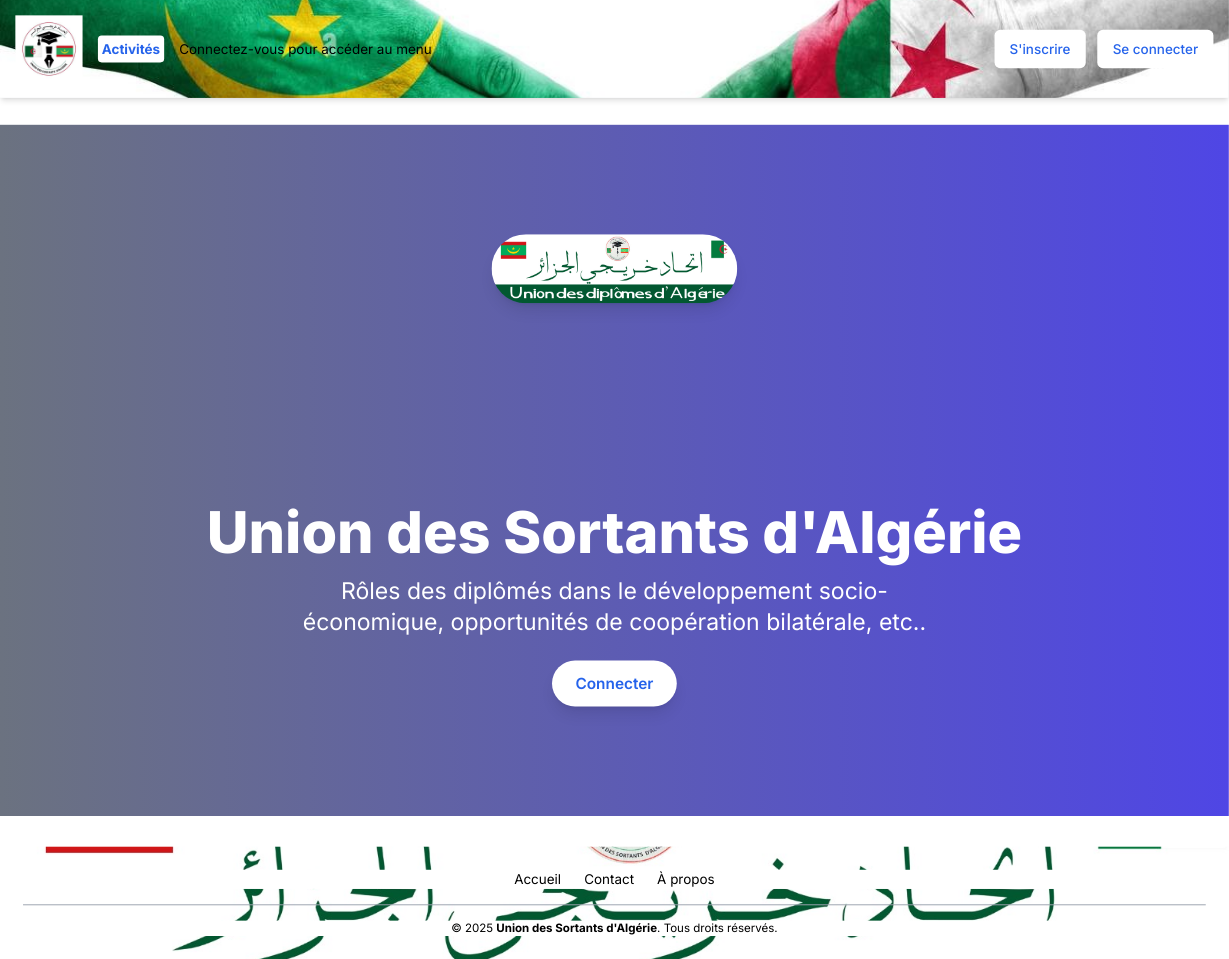
Repository: lamatmed/usa
Page: /
These files come from the project's save history. The page is drawn as it stood at one moment and after the next save; the edit follows.
The browser window is 1280 px wide. The pictures show the whole page, at 96% of full size.
The project was rebuilt for these pictures with package versions that can differ from the ones it lists, and the page was loaded fresh each time. The framework's server and built-in components were replaced by stand-ins that run in the browser. Also part of the build but not shown: next.config.js, components/ui/dropdown-menu.tsx.

Above is the page before, as saved 2025-04-10 16:54:36.

### app/layout.tsx
import "./globals.css";
import type { Metadata } from "next";
import { Inter } from "next/font/google";
import { AuthProvider } from "@/components/AuthContext";
import NavBar from "@/components/NavBar";
import { Toaster } from "@/components/ui/toaster";
import Footer from "@/components/Footer";

const inter = Inter({ subsets: ["latin"] });

export const metadata: Metadata = {
  title: "Union des Sortants  d'Algérie",
  description: "Application",
  icons: "/R.png",
};

export default function RootLayout({
  children,
}: {
  children: React.ReactNode;
}) {
  return (
    <html lang="fr" className={inter.className} suppressHydrationWarning>
      <body className="flex flex-col min-h-screen">
        <AuthProvider>
          <NavBar />
          <main className="flex-grow mt-7">{children}</main>
          <Footer />
        </AuthProvider>
        <Toaster /> {/* Placer Toaster en dehors d'AuthProvider pour éviter sa réinitialisation */}
      </body>
    </html>
  );
}

### app/page.tsx
'use client';

import { motion } from "framer-motion";
import Image from "next/image";

export default function Hero() {
  return (
    <section className="w-full min-h-screen flex flex-col justify-center items-center text-center bg-gradient-to-r from-gray-500 to-indigo-600 text-white px-8 md:px-10">
      <motion.div
        className="relative w-32 h-32 md:w-48 md:h-48 lg:w-64 lg:h-64 mb-6"
        initial={{ opacity: 0, scale: 0.8 }}
        animate={{ opacity: 1, scale: 1 }}
        transition={{ duration: 0.8 }}
      >
        <Image
          src="/uda.jpg" // Remplace avec l'URL de ton image
          alt="Uda"
          width={256}  // Provide width for optimization
          height={256} // Provide height for optimization
         // Use intrinsic layout for responsive image
          className="rounded-full shadow-lg"

        />
      </motion.div>

      <motion.h1
        className="text-3xl md:text-5xl lg:text-6xl font-extrabold"
        initial={{ opacity: 0, y: -50 }}
        animate={{ opacity: 1, y: 0 }}
        transition={{ duration: 0.8 }}
      >
        Union des Sortants d&apos;Algérie
      </motion.h1>

      <motion.p
        className="mt-4 text-lg md:text-xl lg:text-2xl max-w-2xl"
        initial={{ opacity: 0, y: 20 }}
        animate={{ opacity: 1, y: 0 }}
        transition={{ delay: 0.3, duration: 0.8 }}
      >
        Rôles des diplômés dans le développement socio-économique, opportunités de coopération bilatérale, etc..
      </motion.p>

      <motion.a
        href="/login"
        className="mt-6 px-6 py-3 bg-white text-blue-600 font-semibold rounded-full shadow-lg hover:bg-gray-200 transition transform hover:scale-105"
        initial={{ opacity: 0, scale: 0.8 }}
        animate={{ opacity: 1, scale: 1 }}
        transition={{ delay: 0.5, duration: 0.5 }}
        aria-label="Se connecter pour accéder à l'espace personnel"  // Added an aria-label for accessibility
      >
        Connecter
      </motion.a>
    </section>
  );
}

### components/AuthContext.tsx
"use client";

import { createContext, useState, useEffect, useCallback } from "react";

interface User {
  nni: string;
  id: string;
  name: string;
  role: string;
  photo: string| undefined;
  address: string| undefined;
  job:  string| undefined;
  domain : string| undefined;
  cv: string| undefined
}

interface AuthContextType {
  user: User | null;
  isAuthenticated: boolean;
  login: (token: string) => void;
  logout: () => void;
}

export const AuthContext = createContext<AuthContextType | null>(null);

export function AuthProvider({ children }: { children: React.ReactNode }) {
  const [user, setUser] = useState<User | null>(null);
  const [isAuthenticated, setIsAuthenticated] = useState(false);

  // ✅ `fetchUser` est maintenant stable grâce à `useCallback`
  const fetchUser = useCallback((token: string) => {
    console.log("🔍 Envoi du token pour récupération de l'utilisateur...");

    fetch("/api/me", {
      headers: { Authorization: `Bearer ${token}` },
    })
      .then((res) => res.json())
      .then((data) => {
        console.log("🔍 Réponse API:", data);
        if (data.user) {
          setUser(data.user);
          setIsAuthenticated(true);
        } else {
          throw new Error("Utilisateur non trouvé");
        }
      })
      .catch((error) => {
        console.log("❌ Erreur lors de la récupération de l'utilisateur:", error);
        logout(); // Un seul appel ici
      });
  }, []);


  useEffect(() => {
    const token = localStorage.getItem("token");
    if (token) {
      fetchUser(token); // ✅ Plus de warning
    }
  }, [fetchUser]); // ✅ fetchUser est maintenant stable

  function login(token: string) {
    console.log("✅ Connexion réussie, stockage du token...");
    localStorage.setItem("token", token);
    fetchUser(token);
  }

  function logout() {
    console.log("🚪 Déconnexion, suppression du token...");
    localStorage.removeItem("token");
    setUser(null);
    setIsAuthenticated(false);
  }

  return (
    <AuthContext.Provider value={{ user, isAuthenticated, login, logout }}>
      {children}
    </AuthContext.Provider>
  );
}

### components/NavBar.tsx
"use client";

import { useContext, useState } from "react";
import { AuthContext } from "@/components/AuthContext";
import { useRouter } from "next/navigation";
import { Button } from "@/components/ui/button";
import {
  DropdownMenu,
  DropdownMenuContent,
  DropdownMenuItem,
  DropdownMenuLabel,
  DropdownMenuSeparator,
  DropdownMenuTrigger,
  DropdownMenuPortal,
} from "@/components/ui/dropdown-menu";
import { MainNav } from "./main-nav";
import { Menu, X } from "lucide-react"; // Icônes menu
import Image from "next/image";
import Link from "next/link";

export default function NavBar() {
  const { user, isAuthenticated, logout } = useContext(AuthContext)!;
  const router = useRouter();
  const [menuOpen, setMenuOpen] = useState(false);

  function handleLogout() {
    logout();
    router.push("/login");
  }

  return (
    <nav
    className="p-4 bg-gray-300 shadow-md flex items-center justify-between"
    style={{
      backgroundImage: "url('/rimalge.jpg')",
      backgroundRepeat: "no-repeat",
      backgroundPosition: "center",
      backgroundSize: "cover", // ✅ Remplit tout l'espace dispo
    }}
  >
      {/* Logo + Menu mobile */}
      <div className="flex items-center space-x-4">
        <Link href="/">
          <Image src={"/union.jpg"} alt="logo" width={70} height={70} />
        </Link>
        <a
          href="/activites"
          className="text-sm font-bold text-blue-600 hover:text-blue-900 bg-white p-1 rounded"
        >
          Activités
        </a>

        {/* Bouton Menu Mobile */}
        <button
          className="md:hidden p-2 rounded-md text-black hover:bg-gray-200 transition bg-white"
          onClick={() => setMenuOpen(!menuOpen)}
        >
          {menuOpen ? <X className="w-6 h-6" /> : <Menu className="w-6 h-6" />}
        </button>

        {/* Navigation Desktop */}
        <div className="hidden md:block">
          <MainNav />
        </div>
      </div>

      {/* Menu Mobile */}
      {menuOpen && (
        <div className="absolute top-16 left-0 w-full bg-gray-300 shadow-lg flex flex-col p-4 space-y-3 md:hidden">
          <MainNav />
          {!isAuthenticated && (
            <>
              <Button
                onClick={() => {
                  router.push("/register");
                  setMenuOpen(false);
                }}
                className="bg-white text-blue-600 w-full"
              >
                S&apos;inscrire
              </Button>
              <Button
                onClick={() => {
                  router.push("/login");
                  setMenuOpen(false);
                }}
                className="bg-white text-blue-600 w-full"
              >
                Se connecter
              </Button>
            </>
          )}
        </div>
      )}

      {/* Menu déroulant utilisateur */}
      {isAuthenticated && user ? (
        <DropdownMenu>
          <DropdownMenuTrigger asChild>
            <Button
              variant="outline"
              className="bg-white text-blue-600 flex items-center space-x-2"
            >
              <Image
                src={user.photo && user.photo !== "" ? user.photo : "/R.png"}
                alt={`Photo de ${user.name}`}
                width={32}
                height={32}
                className="w-8 h-8 rounded-full object-cover"
              />
              <span>{user.name}</span>
            </Button>
          </DropdownMenuTrigger>
          <DropdownMenuPortal>
            <DropdownMenuContent>
              <DropdownMenuLabel>
                <div className="flex items-center space-x-2">
                  <Image
                    src={user.photo && user.photo !== "" ? user.photo : "/R.png"}
                    alt={`Photo de ${user.name}`}
                    width={32}
                    height={32}
                    className="w-8 h-8 rounded-full object-cover"
                  />
                  <div>
                    <p className="font-semibold">{user.name}</p>
                    <p className="text-sm text-gray-500">
                      Connecté en tant que {user.role}
                    </p>
                  </div>
                </div>
              </DropdownMenuLabel>
              <DropdownMenuSeparator />
              <DropdownMenuItem
                onClick={() => {
                  handleLogout();
                  setMenuOpen(false);
                }}
                className="cursor-pointer text-red-500"
              >
                Déconnexion
              </DropdownMenuItem>
            </DropdownMenuContent>
          </DropdownMenuPortal>
        </DropdownMenu>
      ) : (
        // Boutons "Se connecter" et "S'inscrire" uniquement si l'utilisateur n'est pas connecté
        <div className="hidden md:flex space-x-3">
          <Button
            onClick={() => router.push("/register")}
            className="bg-white text-blue-600"
          >
            S&apos;inscrire
          </Button>
          <Button
            onClick={() => router.push("/login")}
            className="bg-white text-blue-600"
          >
            Se connecter
          </Button>
        </div>
      )}
    </nav>
  );
}

### components/ui/toaster.tsx
'use client';

import { useToast } from '@/hooks/use-toast';
import {
  Toast,
  ToastClose,
  ToastDescription,
  ToastProvider,
  ToastTitle,
  ToastViewport,
} from '@/components/ui/toast';

export function Toaster() {
  const { toasts } = useToast();

  return (
    <ToastProvider>
      {toasts.map(function ({ id, title, description, action, ...props }) {
        return (
          <Toast key={id} {...props}>
            <div className="grid gap-1">
              {title && <ToastTitle>{title}</ToastTitle>}
              {description && (
                <ToastDescription>{description}</ToastDescription>
              )}
            </div>
            {action}
            <ToastClose />
          </Toast>
        );
      })}
      <ToastViewport />
    </ToastProvider>
  );
}

### components/Footer.tsx
"use client";

import Link from "next/link";
import { motion } from "framer-motion";

const Footer = () => {
  return (
    <motion.footer
      initial={{ opacity: 0, y: 20 }}
      animate={{ opacity: 1, y: 0 }}
      transition={{ duration: 0.6 }}
      className="w-full py-6 bg-gradient-to-r from-gray-900 to-gray-700 text-white shadow-md mt-8"
      style={{
        backgroundImage: "url('/uda.jpg')", // Remplace par ton image
        backgroundSize: "cover",
        backgroundPosition: "center",
      }}
    >
      <div className="container mx-auto px-6 max-w-7xl text-center">
        {/* Liens rapides */}
        <nav className="mb-4 flex justify-center space-x-6 bg-white text-black">
          <Link href="/" className="text-sm hover:bg-blue-400 transition ">
            Accueil
          </Link>
          <Link
            href="/contact"
            className="text-sm hover:text-blue-900transition hover:bg-blue-400 "
          >
            Contact
          </Link>
          <Link
            href="/about"
            className="text-sm hover:bg-blue-400 transition"
          >
            À propos
          </Link>
        </nav>

        {/* Copyright */}
        <div className="border-t border-gray-400 pt-4 text-center px-2 sm:px-4">
          <p className="text-[10px] sm:text-xs text-black whitespace-nowrap bg-white">
            © {new Date().getFullYear()}{" "}
            <span className="font-bold">Union des Sortants d&apos;Algérie</span>
            . Tous droits réservés.
          </p>
        </div>
      </div>
    </motion.footer>
  );
};

export default Footer;

### components/ui/button.tsx
import * as React from 'react';
import { Slot } from '@radix-ui/react-slot';
import { cva, type VariantProps } from 'class-variance-authority';

import { cn } from '@/lib/utils';

const buttonVariants = cva(
  'inline-flex items-center justify-center whitespace-nowrap rounded-md text-sm font-medium ring-offset-background transition-colors focus-visible:outline-none focus-visible:ring-2 focus-visible:ring-ring focus-visible:ring-offset-2 disabled:pointer-events-none disabled:opacity-50',
  {
    variants: {
      variant: {
        default: 'bg-primary text-primary-foreground hover:bg-primary/90',
        destructive:
          'bg-destructive text-destructive-foreground hover:bg-destructive/90',
        outline:
          'border border-input bg-background hover:bg-accent hover:text-accent-foreground',
        secondary:
          'bg-secondary text-secondary-foreground hover:bg-secondary/80',
        ghost: 'hover:bg-accent hover:text-accent-foreground',
        link: 'text-primary underline-offset-4 hover:underline',
      },
      size: {
        default: 'h-10 px-4 py-2',
        sm: 'h-9 rounded-md px-3',
        lg: 'h-11 rounded-md px-8',
        icon: 'h-10 w-10',
      },
    },
    defaultVariants: {
      variant: 'default',
      size: 'default',
    },
  }
);

export interface ButtonProps
  extends React.ButtonHTMLAttributes<HTMLButtonElement>,
    VariantProps<typeof buttonVariants> {
  asChild?: boolean;
}

const Button = React.forwardRef<HTMLButtonElement, ButtonProps>(
  ({ className, variant, size, asChild = false, ...props }, ref) => {
    const Comp = asChild ? Slot : 'button';
    return (
      <Comp
        className={cn(buttonVariants({ variant, size, className }))}
        ref={ref}
        {...props}
      />
    );
  }
);
Button.displayName = 'Button';

export { Button, buttonVariants };

### components/main-nav.tsx
"use client"

import Link from "next/link"
import { usePathname } from "next/navigation"
import { useContext } from "react"
import { AuthContext } from "@/components/AuthContext"
import { cn } from "@/lib/utils"
import {
  Users,
  Clipboard,
  ComputerIcon ,
  LayoutDashboard
} from "lucide-react"

type NavigationItem = {
  name: string;
  href: string;
  icon: React.ComponentType<any>;
}

type Navigation = {
  ADMIN: NavigationItem[];
  USER: NavigationItem[];

}

const navigation: Navigation = {
  ADMIN: [
    { name: "Tableau de bord", href: "/dashboard", icon: LayoutDashboard },

    { name: "Mon espace", href: "/dashboard/espace-user", icon: ComputerIcon},
    { name: "Mombres", href: "/dashboard/users", icon: Users },
    { name: "Election", href: "/dashboard/config-vote", icon: Clipboard },
  ],
  USER: [
    { name: "Tableau de bord", href: "/dashboard", icon: LayoutDashboard },
    { name: "Mon espace", href: "/dashboard/espace-user", icon: Users },

  ],

}

export function MainNav() {
  const pathname = usePathname()
  const { user, isAuthenticated } = useContext(AuthContext)!;

  // Vérifier le rôle de l'utilisateur
  const userRole = user?.role || "USER";
  const allowedNavigation = navigation[userRole as keyof Navigation] || navigation.USER;

  return (
    <nav className="flex flex-col md:flex-row items-center md:space-x-6 space-y-2 md:space-y-0">
      {isAuthenticated && user ? (
        allowedNavigation.map((item) => {
          const Icon = item.icon
          const isActive = pathname === item.href

          return (
            <Link
              key={item.href}
              href={item.href}
              className={cn(
                "flex items-center text-sm font-medium transition-colors duration-200 px-4 py-2 rounded-lg w-full md:w-auto",
                isActive
                  ? "text-blue-600 bg-gray-100 md:border-b-2 border-blue-600"
                  : "text-gray-700 bg-white hover:text-blue-500 hover:bg-gray-100"
              )}
            >
              <Icon className="mr-2 h-5 w-5" />
              {item.name}
            </Link>
          )
        })
      ) : (
        <span className="text-black text-sm">Connectez-vous pour accéder au menu</span>
      )}
    </nav>
  )
}

Loaded but not shown: app/globals.css (common file); lib/utils.ts (common file); tailwind.config.ts (common file); components/ui/toast.tsx (129 lines, source omitted); hooks/use-toast.ts (192 lines, source omitted)

After the next save:
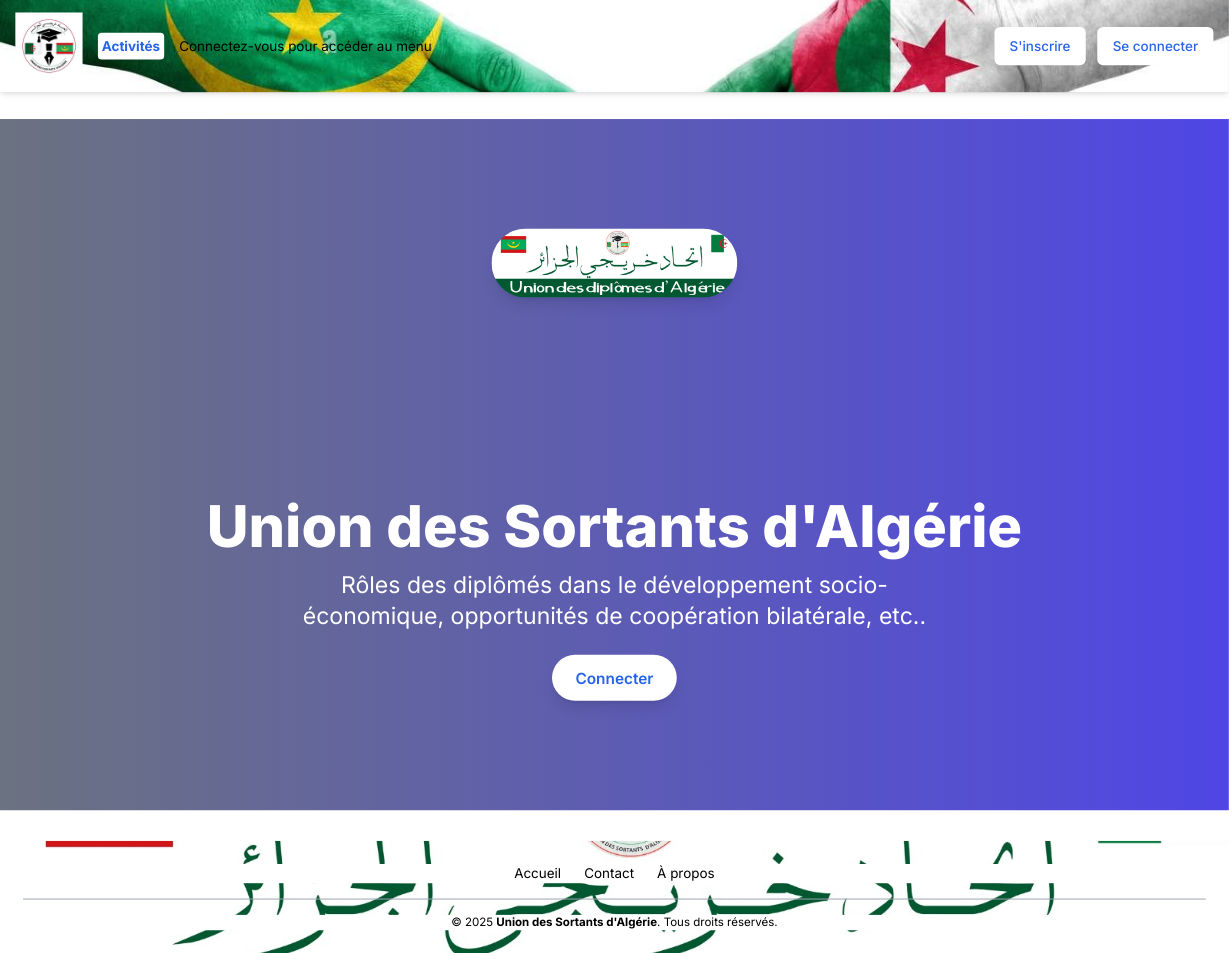
Saved 2 min 39 s later.
--- a/components/NavBar.tsx
+++ b/components/NavBar.tsx
@@ -30,13 +30,9 @@
 
   return (
     <nav
-    className="p-4 bg-gray-300 shadow-md flex items-center justify-between"
-    style={{
-      backgroundImage: "url('/rimalge.jpg')",
-      backgroundRepeat: "no-repeat",
-      backgroundPosition: "center",
-      backgroundSize: "cover", // ✅ Remplit tout l'espace dispo
-    }}
+    className="p-4 h-24 bg-gray-300 shadow-md flex items-center justify-between bg-cover bg-center bg-no-repeat"
+    style={{ backgroundImage: "url('/rimalge.jpg')" }}
+
   >
       {/* Logo + Menu mobile */}
       <div className="flex items-center space-x-4">

After the 2 saves that followed:
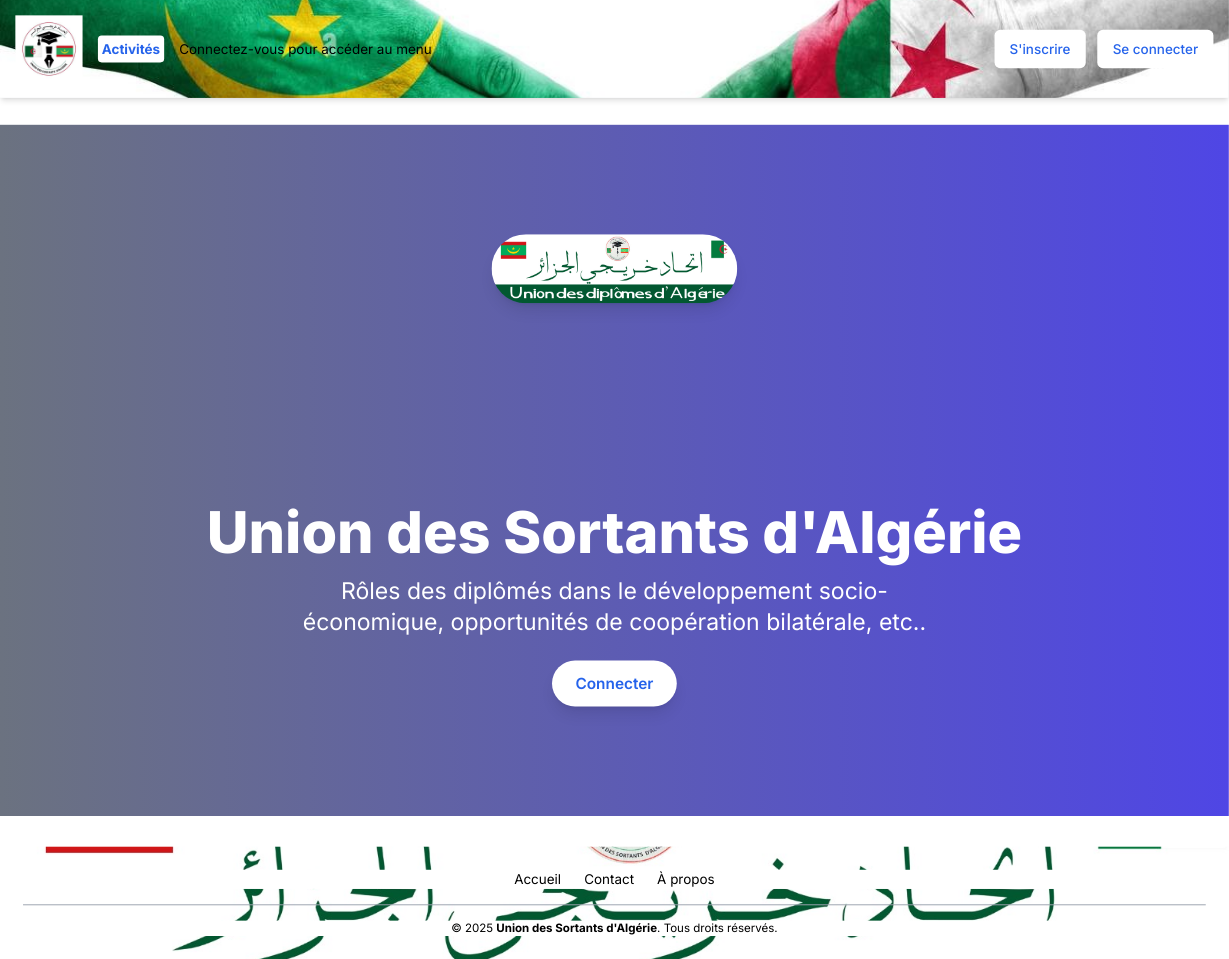
The 2 saves are shown as one change because they came seconds apart.
The last was saved 14 min 24 s later.
--- a/components/NavBar.tsx
+++ b/components/NavBar.tsx
@@ -30,9 +30,13 @@
 
   return (
     <nav
-    className="p-4 h-24 bg-gray-300 shadow-md flex items-center justify-between bg-cover bg-center bg-no-repeat"
-    style={{ backgroundImage: "url('/rimalge.jpg')" }}
-
+    className="p-4 bg-gray-300 shadow-md flex items-center justify-between"
+    style={{
+      backgroundImage: "url('/rimalge.jpg')",
+      backgroundRepeat: "no-repeat",
+      backgroundPosition: "center",
+      backgroundSize: "cover", // ✅ Remplit tout l'espace dispo
+    }}
   >
       {/* Logo + Menu mobile */}
       <div className="flex items-center space-x-4">
